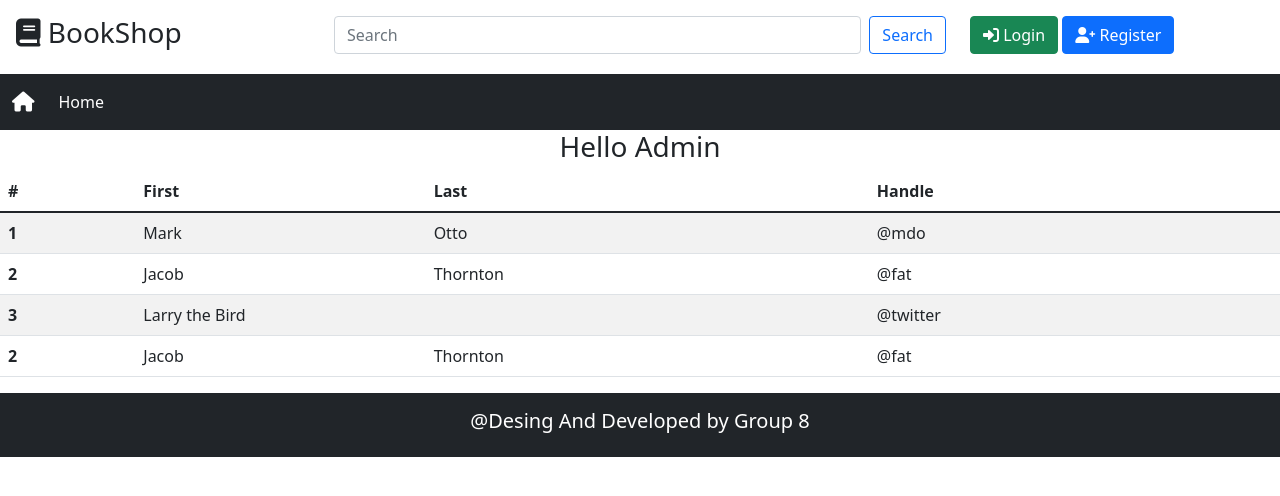
Repository: Abhishekverma23797/BookShopApp
Page: http://localhost/Ebook-App/Admin/all_books.jsp
An editor plug-in stored every save of this project. The page is shown before and after the next save, followed by the edit.
The browser window is 1280 px wide. The pictures show the whole page.
The page is served by Tomcat 9.

Above is the page before, as saved 2021-12-09 10:09:11.

After the next save:
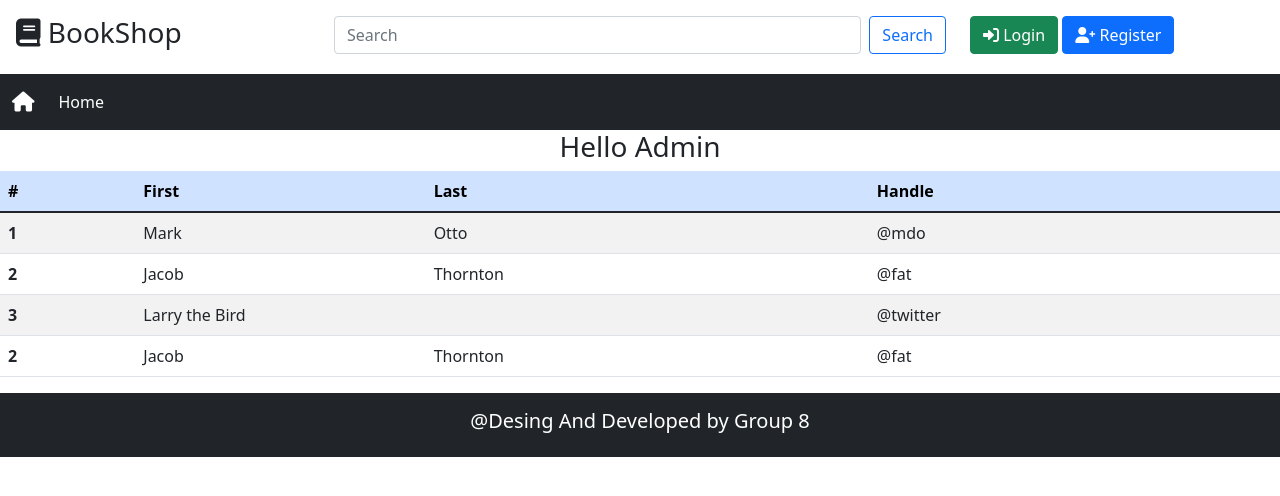
Saved 6 min 45 s later.
--- a/Ebook-App/src/main/webapp/Admin/all_books.jsp
+++ b/Ebook-App/src/main/webapp/Admin/all_books.jsp
@@ -12,7 +12,7 @@
 	<h3 class="text-center">Hello Admin</h3>
 
 	<table class="table table-striped table-hover">
-		<thead>
+		<thead class="table-primary">
 			<tr>
 				<th scope="col">#</th>
 				<th scope="col">First</th>

After the save that followed:
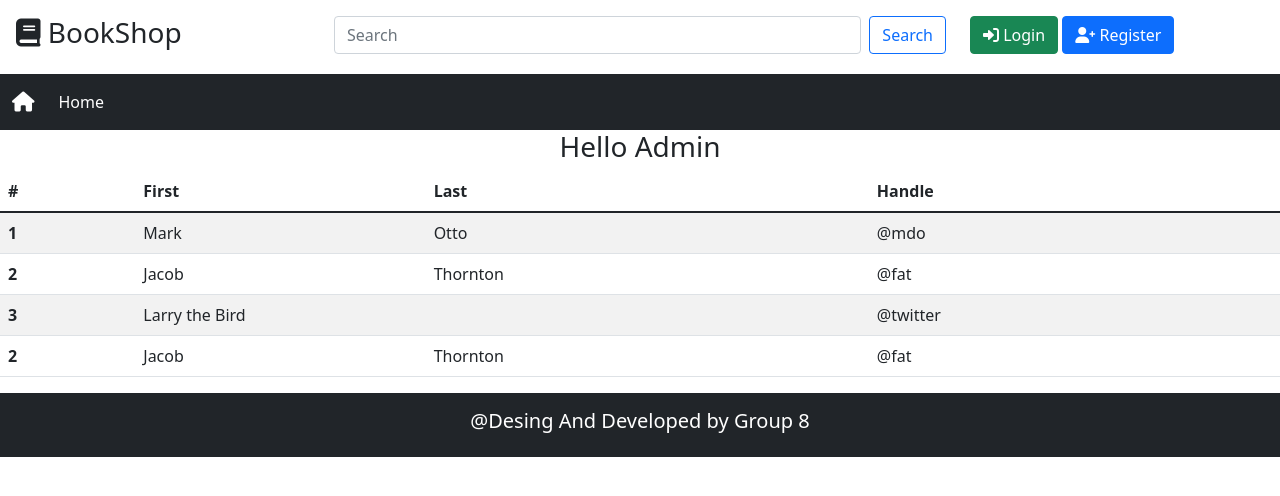
Saved 17 s later.
--- a/Ebook-App/src/main/webapp/Admin/all_books.jsp
+++ b/Ebook-App/src/main/webapp/Admin/all_books.jsp
@@ -12,7 +12,7 @@
 	<h3 class="text-center">Hello Admin</h3>
 
 	<table class="table table-striped table-hover">
-		<thead class="table-primary">
+		<thead class="table-black">
 			<tr>
 				<th scope="col">#</th>
 				<th scope="col">First</th>
